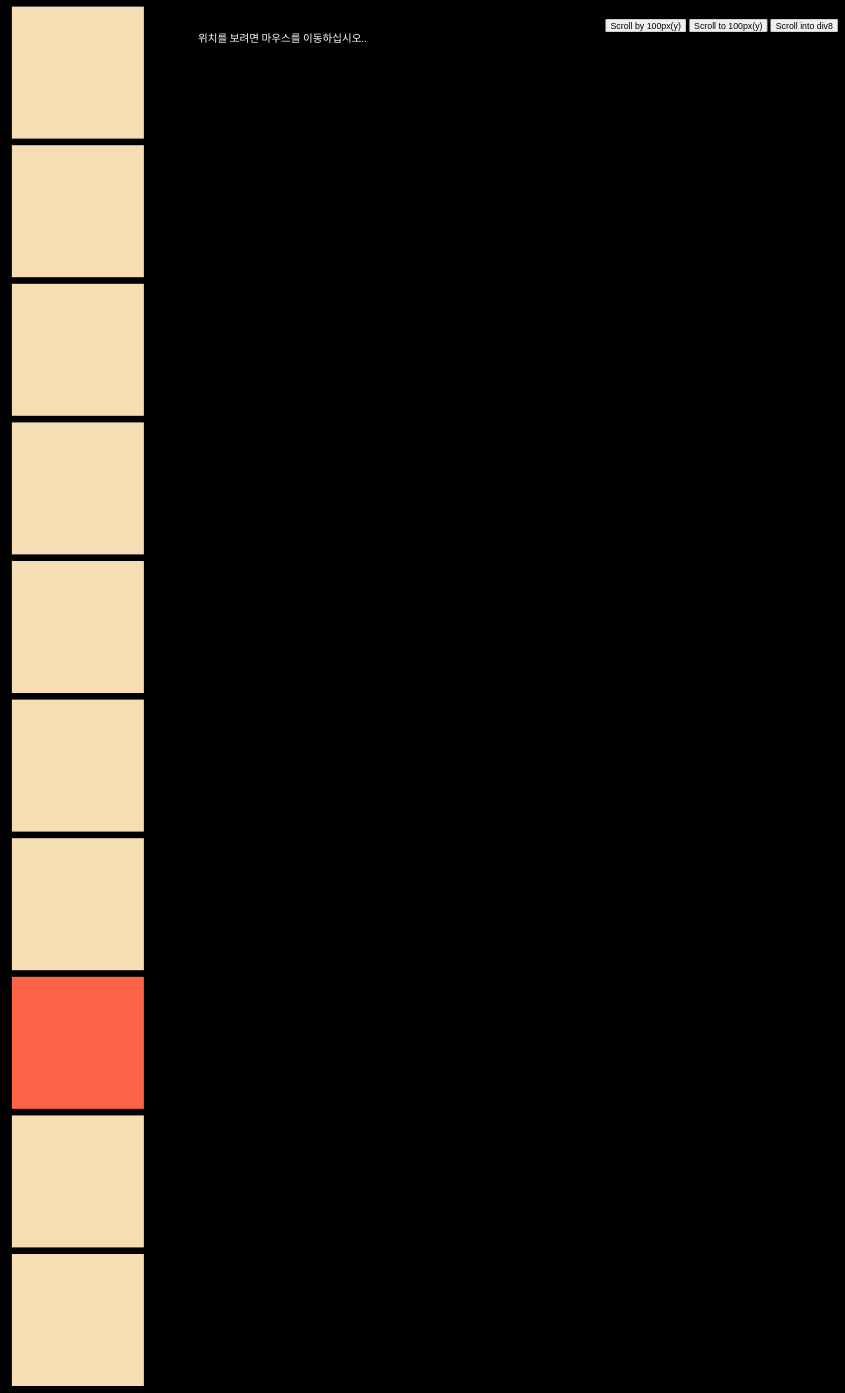
Repository: GoodHoneyCake/Dream_Coding_Academy5
Page: browser/chap1/window_coordinate.html
The author's editor kept a copy of each file at every save. The page is drawn from the files as they stood at one save, then again after the next save.
The browser window is 1280 px wide. The pictures show the whole page, at 66% of full size.
After loading, the first visible `button.intoBtn` was clicked once.

Above is the page before, as saved 2021-01-28 14:01:21.

### browser/chap1/window_coordinate.html
<!DOCTYPE html>
<html lang="en">
  <head>
    <meta charset="UTF-8" />
    <meta name="viewport" content="width=device-width, initial-scale=1.0" />
    <title>Document</title>
  </head>
  <style>
    body {
      background-color: black;
      color: white;
    }
    section {
      position: fixed;
      right: 10px;
    }

    p {
      position: fixed;
      left: 300px;
    }
    div {
      background-color: wheat;
      width: 200px;
      height: 200px;
      margin: 10px;
    }
    .div8 {
      background-color: tomato;
    }
  </style>
  <body>
    <section>
      <button class="byBtn">Scroll by 100px(y)</button>
      <button class="toBtn">Scroll to 100px(y)</button>
      <button class="intoBtn">Scroll into div8</button>
    </section>
    <p>위치를 보려면 마우스를 이동하십시오..</p>
    <p id="screen-log"></p>
    <div></div>
    <div></div>
    <div></div>
    <div></div>
    <div></div>
    <div></div>
    <div></div>
    <div class="div8"></div>
    <div></div>
    <div></div>
  </body>
  <script>
    const div8 = document.querySelector(".div8");
    const rect = div8.getBoundingClientRect();
    div8.addEventListener("click", () => {
      console.log(rect);
    });

    let screenLog = document.querySelector("#screen-log");
    document.addEventListener("mousemove", logKey);
    function logKey(e) {
      screenLog.innerText = `
    Page X/Y: ${e.pageX}, ${e.pageY}
    Client X/Y: ${e.clientX}, ${e.clientY}`;
    }

    const byBtn = document.querySelector(".byBtn");
    byBtn.addEventListener("click", () => {
      window.scrollBy({ top: 100, behavior: "smooth" });
    });

    const toBtn = document.querySelector(".toBtn");
    toBtn.addEventListener("click", () => {
      window.scrollTo({ top: 100, behavior: "smooth" });
    });

    const intoBtn = document.querySelector(".intoBtn");
    intoBtn.addEventListener("click", () => {
      window.scrollTo({ top: rect.x, behavior: "smooth" });
    });
  </script>
</html>

After the next save:
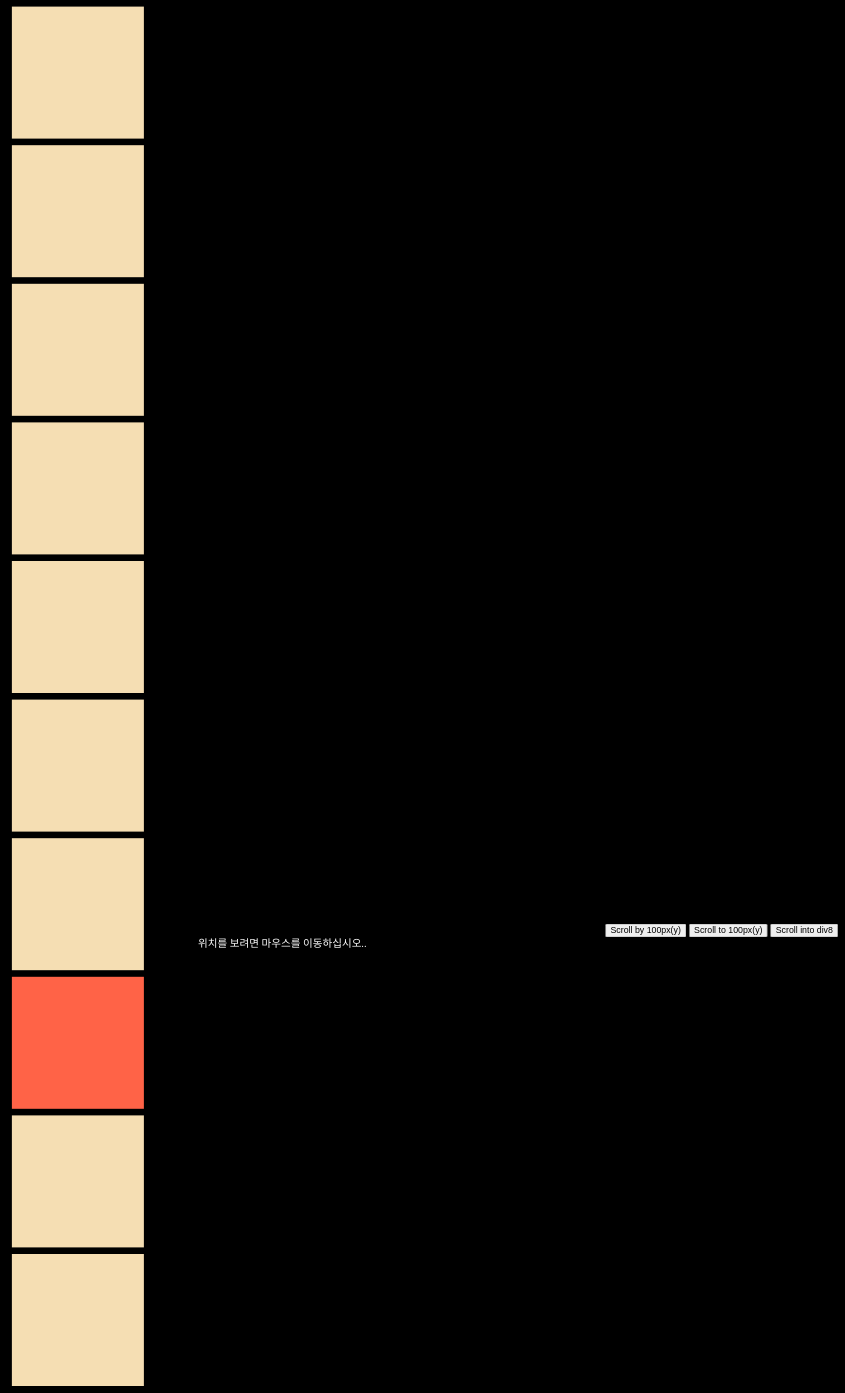
Saved 43 s later.
--- a/browser/chap1/window_coordinate.html
+++ b/browser/chap1/window_coordinate.html
@@ -75,7 +75,7 @@
 
     const intoBtn = document.querySelector(".intoBtn");
     intoBtn.addEventListener("click", () => {
-      window.scrollTo({ top: rect.x, behavior: "smooth" });
+      window.scrollTo({ top: rect.y, behavior: "smooth" });
     });
   </script>
 </html>
